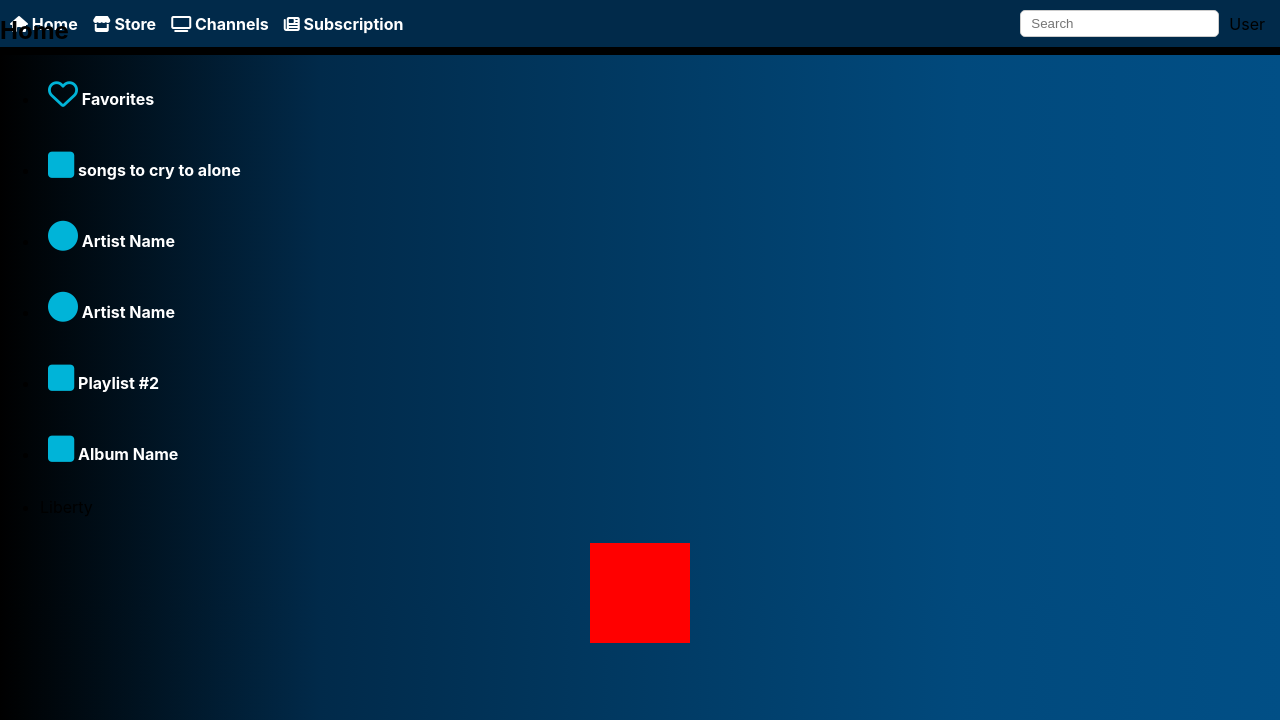
Repository: gordonnrat/group-2-project
Page: / (app in source-code/)
These files come from the project's save history. The page is drawn as it stood at one moment and after the next save; the edit follows.
The browser window is 1280 px wide. The pictures show the whole page.
The project was rebuilt for these pictures with package versions that can differ from the ones it lists, and the page was loaded fresh each time. Also part of the build but not shown: source-code/src/App.css, source-code/src/App.js, source-code/src/components/pages/Login.js.

Above is the page before, as saved 2023-07-26 16:05:28.

### source-code/src/index.js
import React from 'react';
import ReactDOM from 'react-dom';
import './index.css';
import reportWebVitals from './reportWebVitals';
import {
  BrowserRouter as Router,
  Routes,
  Route,
  Link
} from "react-router-dom";

import App from './App';
import Home from './components/pages/Home';
import Login from './components/pages/Login';

ReactDOM.render(
  <React.StrictMode>
    <Router>
      <Routes>
        <Route path="/" element={<Home />} />
        <Route path="/login" element={<Login />} />
        {/* Add more routes here */}
        <Route path="/group-2-project" element={<Link to="/" />} />
      </Routes>
    </Router>
  </React.StrictMode>,
  document.getElementById('root')
);

// If you want to start measuring performance in your app, pass a function
// to log results (for example: reportWebVitals(console.log))
// or send to an analytics endpoint. Learn more: https://bit.ly/CRA-vitals
reportWebVitals();

### source-code/src/index.css
body {
  margin: 0;
  font-family: -apple-system, BlinkMacSystemFont, 'Segoe UI', 'Roboto', 'Oxygen',
    'Ubuntu', 'Cantarell', 'Fira Sans', 'Droid Sans', 'Helvetica Neue',
    sans-serif;
  -webkit-font-smoothing: antialiased;
  -moz-osx-font-smoothing: grayscale;
}

code {
  font-family: source-code-pro, Menlo, Monaco, Consolas, 'Courier New',
    monospace;
}

body {
  background: linear-gradient(0.25turn,black,#012A4A, #013A63, #01497C,#014F86);


}

### source-code/src/components/pages/Home.js
import React from "react";
import Navbar from "../Navbar";
import "./js.css";
import "./square.css";

function Home() {
  return (
    <div>
      <Navbar />
      <h1 className="top-heading">Home</h1>
      <ul>
        <li>Liberty</li>
      </ul>
      <div className="square-container">
        <div className="square"></div>
      </div>
    </div>
  );
}

export default Home;

### source-code/src/components/Navbar.js
import React from "react";
import { Link } from "react-router-dom";
import "./Navbar.css";
import "@fortawesome/fontawesome-free/css/all.min.css";

function Navbar() {
  return (
    <div>
      {/* Main Navbar */}
      <nav className="navbar">
        <ul className="left-nav">
          <li>
            <Link to="/">
              <i className="fas fa-home"></i> Home
            </Link>
          </li>
          <li>
            <Link to="/Store">
              <i className="fas fa-store"></i> Store
            </Link>
          </li>
          <li>
            <Link to="/Channels">
              <i className="fas fa-tv"></i> Channels
            </Link>
          </li>
          <li>
            <Link to="/Subscription">
              <i className="fas fa-newspaper"></i> Subscription
            </Link>
          </li>
        </ul>
        <div className="right-nav">
          <input type="text" placeholder="Search" />
          <div className="user-section">
            {/* Your user-related elements can go here */}
            <span>User</span>
          </div>
        </div>
      </nav>

      {/* Sidebar */}
      <aside className="sidebar">
        {/* Your sidebar content can go here */}
        <ul>
          <li>
            <Link to="/Favorites">
              <i className="far fa-heart"></i> Favorites
            </Link>
          </li>
          <li>
            <Link to="/songs to cry to alone">
              <i className="fas fa-square"></i> songs to cry to alone

            </Link>
          </li>
          {/* Add more sidebar items as needed */}

          <li>
          <Link to="/Artist Name">
              <i className="fas fa-circle"></i> Artist Name
            </Link>
            </li>


            <li>
            <Link to="/Artist Name">
              <i className="fas fa-circle"></i> Artist Name
            </Link>
            </li>

            <li>
            <Link to="/Playlist">
              <i className="fas fa-square"></i> Playlist #2
            </Link>
            </li>
            <li>
            <Link to="/Album Name">
              <i className="fas fa-square"></i> Album Name
            </Link>
            </li>













        </ul>
      </aside>
    </div>
  );
}

export default Navbar;

### source-code/src/components/pages/js.css
/* styles.css (or any other stylesheet you are using) */

/* Center the squares using flexbox */
.center-squares {
    display: flex;
    justify-content: center;
    align-items: center;
    height: 300px; /* Adjust the height as needed */
  }

  /* Style the square */
  .square {
    width: 100px;
    height: 100px;
    background-color: blue; /* Set the color you want for the square */
    margin: 10px; /* Add spacing between squares if needed */
  }


  /* square.css (or create a new CSS file and import it) */
  .top-heading {
    position: absolute;
    top: 0;
    left: 0;
    font-size: 24px;
  }

### source-code/src/components/pages/square.css
.square-container {
    display: flex;
    justify-content: center;
    align-items: flex-start; /* Align items to the top */
    height: 10vh; /* Set the height of the container to the full viewport height */
  }

  .square {
    width: 100px;
    height: 100px;
    background-color: red;
  }

### source-code/src/components/Navbar.css

/* Navbar.css */

/* Navbar.css */

.navbar {
    background-color: #012A4A;
    padding: 10px;
    display: flex;
    justify-content: space-between;
    align-items: center;
    /* Add border line to the bottom of the navigation bar */
    border-bottom: 8px solid black; /* Replace #fff with your desired border color */
}



.left-nav {
    list-style-type: none;
    margin: 0;
    padding: 0;
    display: flex;
    align-items: center;
}

.left-nav li {
    margin-right: 15px;
}

.left-nav li:last-child {
    margin-right: 0;
}

.left-nav li a {
    text-decoration: none;
    color: white;
    font-size: 16px;
    font-weight: bold;
}

.left-nav li a:hover {
    color: white;
}

.right-nav {
    display: flex;
    align-items: center;
}

.right-nav input[type="text"] {
    padding: 5px 10px;
    border: 1px solid #ccc;
    border-radius: 5px;
    margin-right: 10px;
}

.user-section {
    display: flex;
    align-items: center;
}

.user-section span {
    margin-right: 5px;
}

.user-section img {
    width: 30px;
    height: 30px;
    border-radius: 50%;
}




  .sidebar li a {
    display: block;
    padding: 8px;
    color: white;
    text-decoration: none;
    position: relative;
  }

  .sidebar li {
    margin-bottom: 25px; /* Add space between each sidebar item */
  }

  .sidebar li a i {
    font-size: 30px;
    color: #00B4D8;
    position: relative;
    z-index: 2; /* Set z-index to place the icons in front of the border line */
  }


  .sidebar li a {
    text-decoration: none;
    color: white;
    font-size: 16px;
    font-weight: bold;
}

Loaded but not shown: source-code/public/index.html (common file); source-code/src/reportWebVitals.js (common file)

After the next save:
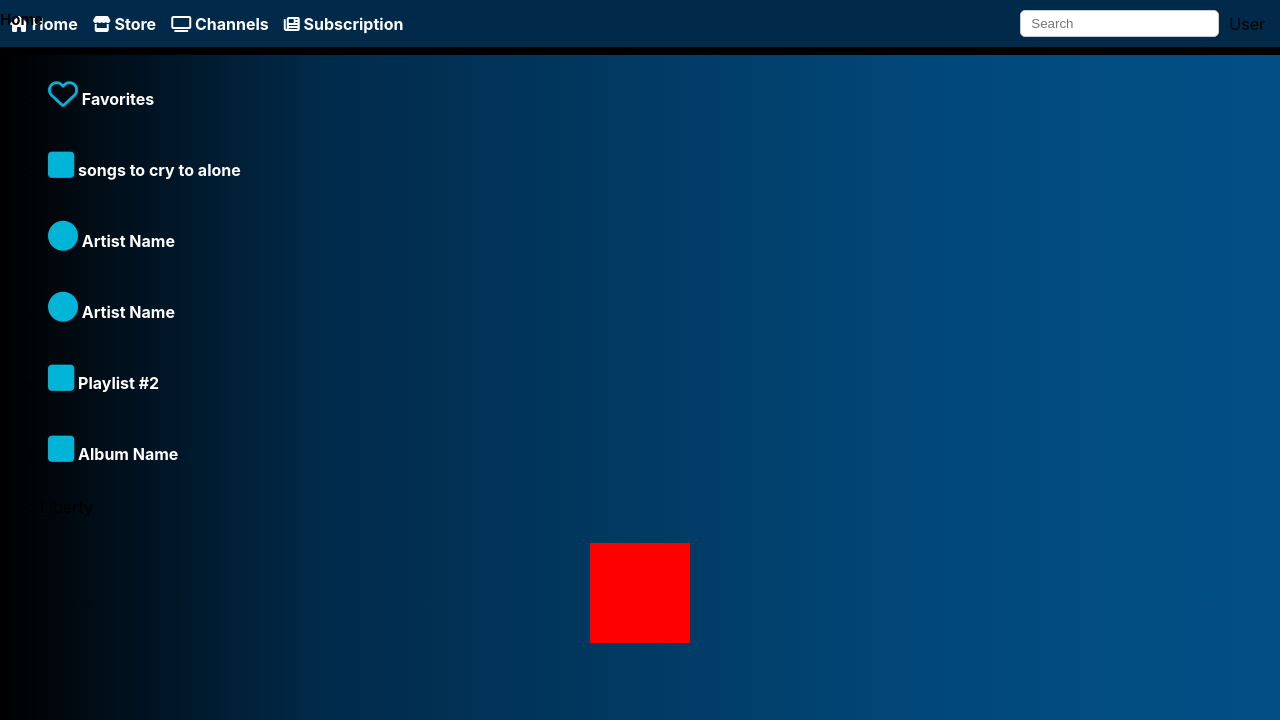
Saved 8 s later.
--- a/source-code/src/components/pages/js.css
+++ b/source-code/src/components/pages/js.css
@@ -22,5 +22,5 @@
     position: absolute;
     top: 0;
     left: 0;
-    font-size: 24px;
+    font-size: 15px;
   }
